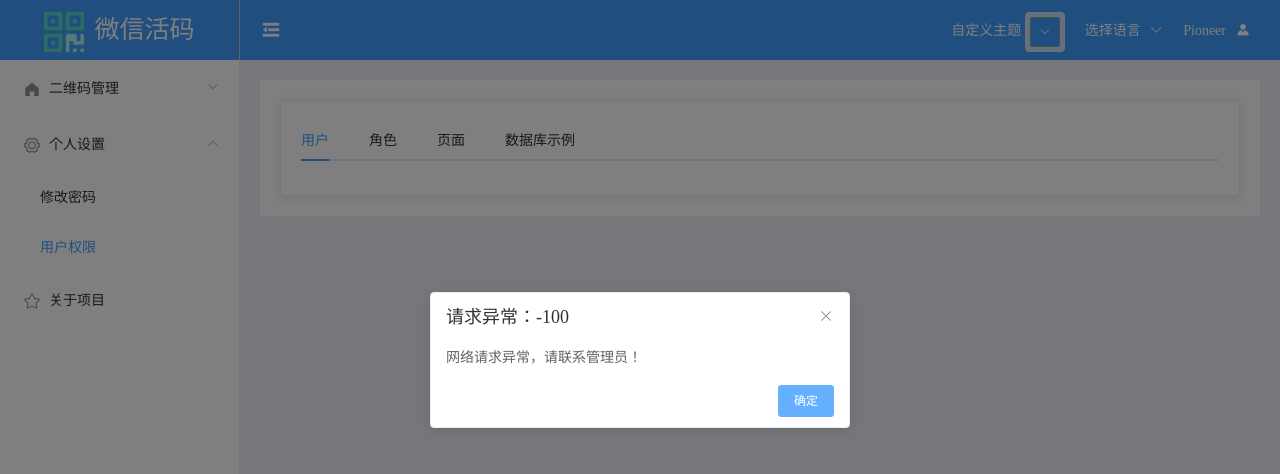
Repository: pioneer22/qrcode
Page: /#/user/permissions
These files come from the project's save history. The page is drawn as it stood at one moment and after the next save; the edit follows.
The browser window is 1280 px wide. The pictures show the whole page.
The page's requests for data from a server got no answer. An inner scrolling area shows only its first screen. The project was rebuilt for these pictures with package versions that can differ from the ones it lists, and the page was loaded fresh each time. No one was signed in, and anything a server would have sent is missing. Also part of the build but not shown: vue.config.js, src/views/layout/TheLayoutSubSidebar.vue.

Above is the page before, as saved 2020-05-13 09:34:27.

After the next save:
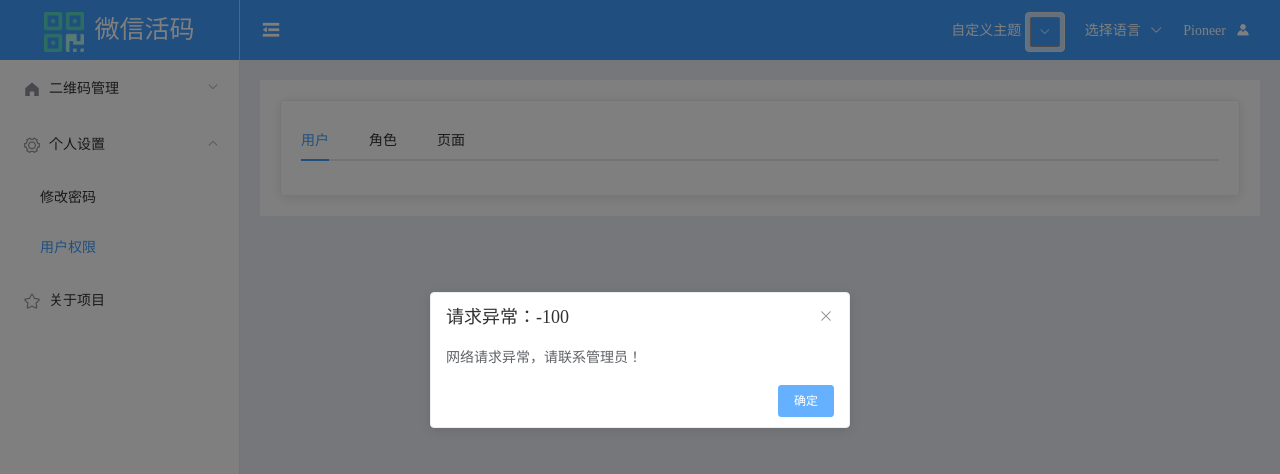
Saved 4 min 46 s later.
--- a/src/views/pages/user/PageUserPermissions.vue
+++ b/src/views/pages/user/PageUserPermissions.vue
@@ -12,10 +12,6 @@
         </el-tab-pane>
         <!-- Pages -->
         <el-tab-pane :label="$t('permissions.page')" name="third" :lazy="true">
-
-        </el-tab-pane>
-        <!-- Database -->
-        <el-tab-pane :label="$t('permissions.db')" name="fourth" :lazy="true">
 
         </el-tab-pane>
 
